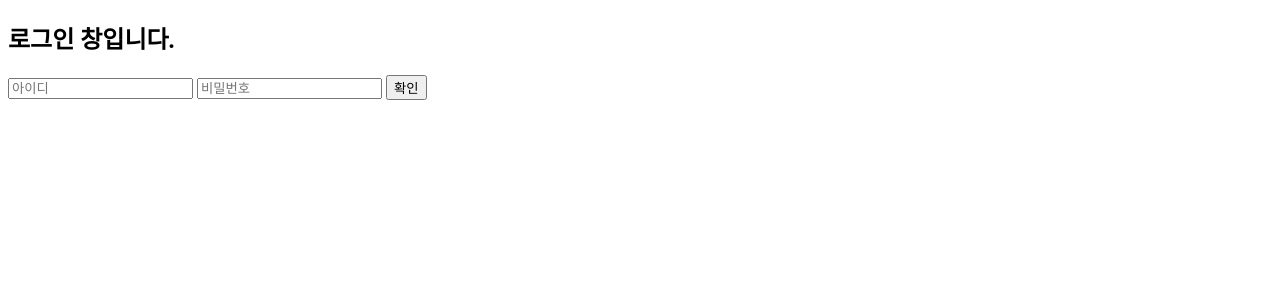
Repository: jjjjjjji-hun/jsp_practice
Page: http://localhost/JSPBasic/jspObject/1.requests/req_login_form.jsp
These files come from the project's save history. The page is drawn as it stood at one moment and after the next save; the edit follows.
The browser window is 1280 px wide. The pictures show the whole page.
The page is served by Tomcat 9.

Above is the page before, as saved 2022-02-04 01:31:40.

### JSPBasic/src/main/webapp/jspObject/1.requests/req_login_form.jsp
<%@ page language="java" contentType="text/html; charset=UTF-8"
    pageEncoding="UTF-8"%>
<!DOCTYPE html>
<html>
<head>
<meta charset="UTF-8">
<title>Insert title here</title>
</head>
<body>
	<h2>로그인 창입니다.</h2>
	<form action="req_login_result.jsp" method="post">
	<input type="text" name="id" placeholder="아이디"/>
	<input type="password" name="pw" placeholder="비밀번호"/>
	<input type="submit" value="확인"/>
	</form>
</body>
</html>

After the next save:
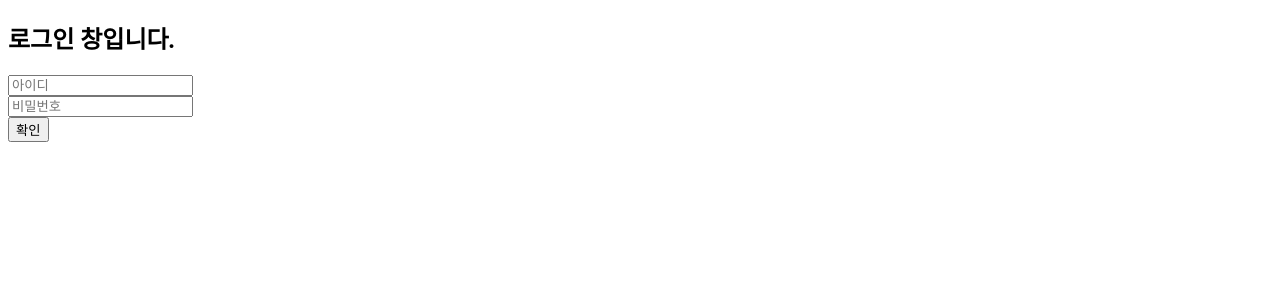
Saved 21 s later.
--- a/JSPBasic/src/main/webapp/jspObject/1.requests/req_login_form.jsp
+++ b/JSPBasic/src/main/webapp/jspObject/1.requests/req_login_form.jsp
@@ -9,8 +9,8 @@
 <body>
 	<h2>로그인 창입니다.</h2>
 	<form action="req_login_result.jsp" method="post">
-	<input type="text" name="id" placeholder="아이디"/>
-	<input type="password" name="pw" placeholder="비밀번호"/>
+	<input type="text" name="id" placeholder="아이디"/><br/>
+	<input type="password" name="pw" placeholder="비밀번호"/><br/>
 	<input type="submit" value="확인"/>
 	</form>
 </body>
